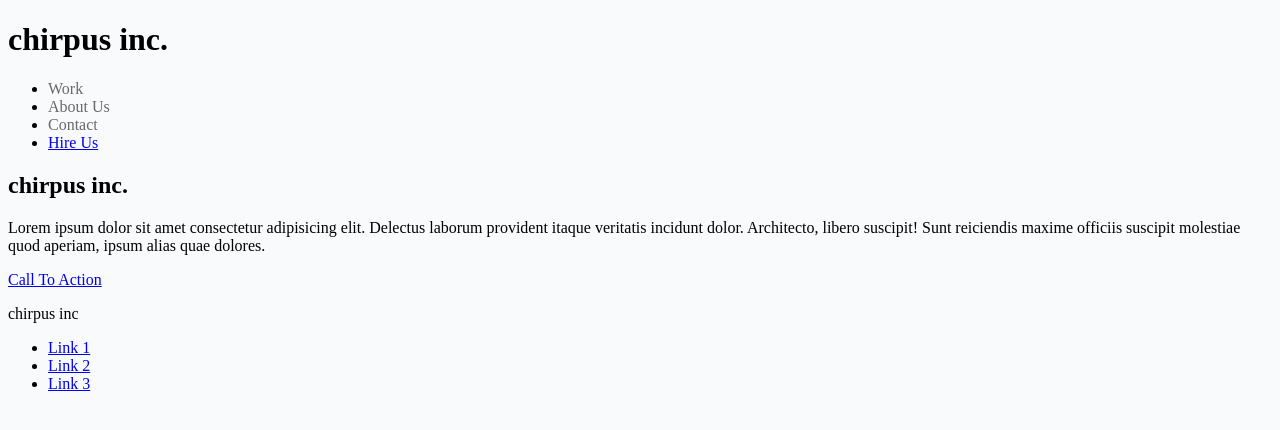
Repository: sudhasew/HTML-CSS-LAB
Page: index.html
An editor plug-in stored every save of this project. The page is shown before and after the next save, followed by the edit.
The browser window is 1280 px wide. The pictures show the whole page.

Above is the page before, as saved 2021-09-28 07:01:30.

### index.html
<!DOCTYPE html>
<html lang="en">
	<head>
		<meta charset="UTF-8" />
		<meta http-equiv="X-UA-Compatible" content="IE=edge" />
		<meta name="viewport" content="width=device-width, initial-scale=1.0" />
		<title>Lab 1</title>
		<link rel="stylesheet" href="style.css" />
        <link href="https://fonts.googleapis.com/css?family=Open+Sans:400,600,300" rel="stylesheet" type="text/css">
	</head>
	<body>
		<header>
			<h1>chirpus inc.</h1>
			<nav>
				<ul>
					<li>
						<a class="work" href="#">Work</a>
					</li>
					<li>
						<a class="aboutus" href="#">About Us</a>
					</li>
					<li>
						<a class="contact" href="#">Contact</a>
					</li>
					<li>
						<a href="#">Hire Us</a>
					</li>
				</ul>
			</nav>
		</header>
		<main>
			<section>
				<h2>chirpus inc.</h2>
				<p>
					Lorem ipsum dolor sit amet consectetur adipisicing elit. Delectus
					laborum provident itaque veritatis incidunt dolor. Architecto, libero
					suscipit! Sunt reiciendis maxime officiis suscipit molestiae quod
					aperiam, ipsum alias quae dolores.
				</p>
				<a href="#">Call To Action</a>
			</section>
		</main>
		<footer>
			<p>chirpus inc</p>
			<nav>
				<ul>
					<li>
						<a href="#">Link 1</a>
					</li>
					<li>
						<a href="#">Link 2</a>
					</li>
					<li>
						<a href="#">Link 3</a>
					</li>
				</ul>
			</nav>
		</footer>
	</body>
</html>

### style.css
 @import url('https://fonts.googleapis.com/css?family=Open+Sans');
 body{
     background-color: #f9fafc;
     color: #000;
 }
 .work,.aboutus,.contact{
     color:#69696a;
     text-decoration: none;
 }

After the next save:
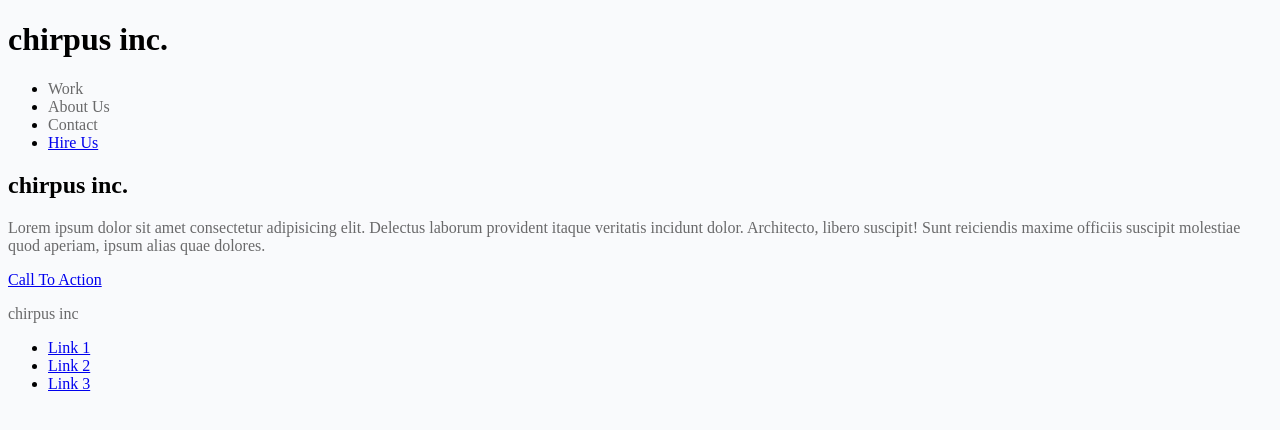
Saved 64 s later.
--- a/style.css
+++ b/style.css
@@ -7,3 +7,6 @@
      color:#69696a;
      text-decoration: none;
  }
+ p{
+     color:#69696a;
+ }
